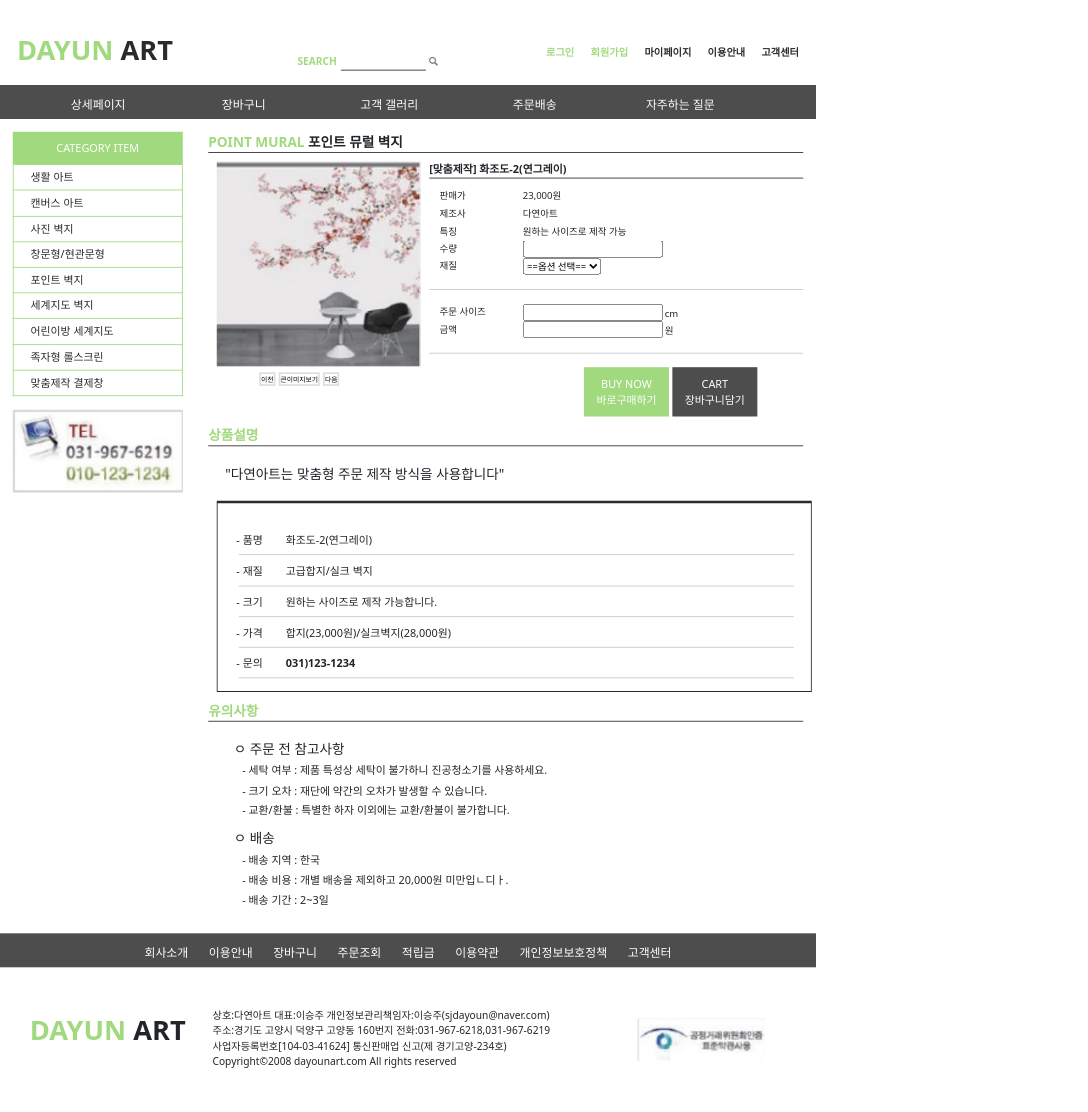
Repository: yeonddu/green_js
Page: pro01/public/bootstrap/product.html
The author's editor kept a copy of each file at every save. The page is drawn from the files as they stood at one save, then again after the next save.
The browser window is 1280 px wide. The pictures show the whole page, at 85% of full size.

Above is the page before, as saved 2022-12-27 07:55:25.

### pro01/public/bootstrap/product.html
<!DOCTYPE html>
<html lang="ko">
<head>
<meta charset="utf-8">
<meta name="viewport" content="width=device-width, initial-scale=1">
<link rel="stylesheet" href="dayun.css">
<link rel="stylesheet" href="product.css">
<link href="https://cdn.jsdelivr.net/npm/bootstrap@5.2.3/dist/css/bootstrap.min.css" rel="stylesheet">

<title>Insert title here</title>

</head>
<body>
 <header>
	 <div id="top">
	 	 	<div class="logo"><a href="#"><span class="brand">DAYUN</span> ART</a></div>
			<div id="search">
				<div id="search-title">SEARCH</div>
				<input id="search-input" type="search">
				<a href="#"><img src="images/glass.png"></a>
			</div>
			<div id="top-menu">
				<ul>
					<li><a class="brand" href="#">로그인</a></li>
					<li><a class="brand" href="#">회원가입</a></li>
					<li><a href="#">마이페이지</a></li>
					<li><a href="#">이용안내</a></li>
					<li><a href="#">고객센터</a></li>
				</ul>
			</div>
		 </div>
	 <div id="main-menu">
	 	<ul>
	 		<li><a href="#">상세페이지</a></li>
	 		<li><a href="#">장바구니</a></li>
	 		<li><a href="#">고객 갤러리</a></li>
	 		<li><a href="#">주문배송</a></li>
	 		<li><a href="#">자주하는 질문</a></li>
	 	</ul>
	 </div>
</header>
<section>
	<div id="cont-left">
		<div id="cate">
			<div id="cate-title">CATEGORY ITEM</div>
			<ul>
			<li><a href="#">생활 아트</a></li>
			<li><a href="#">캔버스 아트</a></li>
			<li><a href="#">사진 벽지</a></li>
			<li><a href="#">창문형/현관문형</a></li>
			<li><a href="#">포인트 벽지</a></li>
			<li><a href="#">세계지도 벽지</a></li>
			<li><a href="#">어린이방 세계지도</a></li>
			<li><a href="#">족자형 롤스크린</a></li>
			<li><a href="#">맞춤제작 결제창</a></li>
			</ul>
		</div>

		<div id="tel">
			<img src="images/tel.png" alt="tel">
		</div>
	</div>
	<div id="cont-right">
		<div id="product">
			<div id="box1" >
				<div class="product-title"><span class="brand">POINT MURAL</span> 포인트 뮤럴 벽지</div>
				<div id="box1-left">
					<img src="images/product.png">
					<div id="img-btn">
						<button>이전</button>
						<button>큰이미지보기</button>
						<button>다음</button>
					</div>
				</div>
				<div id="box1-right">
					<div  class="product-title">[맞춤제작] 화조도-2(연그레이)</div>
					<table>
						<tr>
							<td>판매가</td>
							<td>23,000원</td>
						</tr>
						<tr>
							<td>제조사</td>
							<td>다연아트</td>
						</tr>
						<tr>
							<td>특징</td>
							<td>원하는 사이즈로 제작 가능</td>
						</tr>
						<tr>
							<td>수량</td>
							<td><input type="text"></td>
						</tr>
						<tr>
							<td>재질</td>
							<td><select>
								<option selected>==옵션 선택==</option>
								<option>옵션 1</option>
								<option>옵션 2</option>
								<option>옵션 3</option>
							</select></td>
						</tr>
					</table>
					<hr>
					<table>
						<tr>
							<td>주문 사이즈</td>
							<td><input type="text">cm</td>
						</tr>
						<tr>
							<td>금액</td>
							<td><input type="text">원</td>
						</tr>
					</table>
					<hr>
					<div id="box1-btn1"><a href="#">BUY NOW<br>바로구매하기</a></div>
					<div id="box1-btn2"><a href="#">CART<br>장바구니담기</a></div>

				</div>
			</div>
			<div id="box2" >
				<div class="product-title"><span class="brand">상품설명</span></div>
				<div>
					<div id="box2-title">"다연아트는 맞춤형 주문 제작 방식을 사용합니다"</div>
					<div id="box2-content">
						<p>- 품명</p>
						<p>화조도-2(연그레이)</p>
						<hr>
						<p>- 재질</p>
						<p>고급합지/실크 벽지</p>
						<hr>
						<p>- 크기</p>
						<p>원하는 사이즈로 제작 가능합니다.</p>
						<hr>
						<p>- 가격</p>
						<p>합지(23,000원)/실크벽지(28,000원)</p>
						<hr>
						<p>- 문의</p>
						<p><b>031)123-1234</b></p>
						<hr>
					</div>
<!-- 					<table>
						<tr>
							<td></td>
						</tr>
						<tr>
							<td>- 품명</td>
							<td>화조도-2(연그레이)</td>
						</tr>
						<tr>
							<td>- 재질</td>
							<td>고급합지/실크 벽지</td>
						</tr>
						<tr>
							<td>- 크기</td>
							<td>원하는 사이즈로 제작 가능합니다.</td>
						</tr>
						<tr>
							<td>- 가격</td>
							<td>합지(23,000원)/실크벽지(28,000원)</td>
						</tr>
						<tr>
							<td>- 문의</td>
							<td><b>031)123-1234</b></td>
						</tr>
						<tr>
							<td></td>
						</tr>
					</table>
 -->				</div>
			</div>
			<div id="box3" >
				<div class="product-title"><span class="brand">유의사항</span></div>
				<div id="box3-content">
					<div>ㅇ 주문 전 참고사항</div>
						<p>- 세탁 여부 : 제품 특성상 세탁이 불가하니 진공청소기를 사용하세요.</p>
						<p>- 크기 오차 : 재단에 약간의 오차가 발생할 수 있습니다.</p>
						<p>- 교환/환불 : 특별한 하자 이외에는 교환/환불이 불가합니다.</p>
					<div>ㅇ 배송</div>
						<p>- 배송 지역 : 한국</p>
						<p>- 배송 비용 : 개별 배송을 제외하고 20,000원 미만입ㄴ디ㅏ.</p>
						<p>- 배송 기간 : 2~3일</p>
				</div>
			</div>
		</div>
	</div>
		<div id="bottom-menu">
	 	<ul>
	 		<li><a href="#">회사소개</a></li>
	 		<li><a href="#">이용안내</a></li>
	 		<li><a href="#">장바구니</a></li>
	 		<li><a href="#">주문조회</a></li>
	 		<li><a href="#">적립금</a></li>
	 		<li><a href="#">이용약관</a></li>
	 		<li><a href="#">개인정보보호정책</a></li>
	 		<li><a href="#">고객센터</a></li>
	 	</ul>
	 </div>
</section>
<footer>
	<div class="logo"><span class="brand">DAYUN</span> ART</div>
	<div id="item2">상호:다연아트 대표:이승주 개인정보관리책임자:이승주(sjdayoun@naver.com)<br>
		주소:경기도 고양시 덕양구 고양동 160번지 전화:031-967-6218,031-967-6219<br>
		사업자등록번호[104-03-41624] 통신판매업 신고(제 경기고양-234호)<br>
		Copyright©2008 dayounart.com All rights reserved
	</div>
	<img src="images/certi.png" alt="공정거래위원회인증표준약관사용">
</footer>
</body>
</html>

### pro01/public/bootstrap/dayun.css
@charset "EUC-KR";

* {
	margin:0;
	padding:0;
}

body {
	background:#F0F0F0;
	width:960px;
}
.brand {
	color:#A0D97E;
}

header a {
	text-decoration:none;
	color:#2B2B2B;
}
header #top {
	height:100px;
	position:relative;
}
header .logo {
	font-size:2em;
	position:relative;
	top:35px;
	left:20px;
	font-weight:bold;
}

header #search {
	position:relative;
	top:10px;
	left:350px;
	display:block;
	float:left;
	color:#A0D97E;
}

header #search-title {
	display:inline-block;
	font-size:12px;
	font-weight:bold;
}

header #search-input {
	border:none;
	border-bottom:1px solid #2B2B2B;
	background:none;
	width:100px;
}

header #top-menu {
	position:relative;
	float:right;
	margin: 0 10px;
}
header #top-menu ul li{
	display:inline-block;
	font-size:12px;
	margin-right:5px;
	padding:5px;
	font-weight:bold;
}

header #main-menu {
	height:40px;
	background:#4D4D4D;
	justify-content:center;
}

header #main-menu ul li {
	list-style:none;
	display:inline-block;
	width:18%;
	padding:10px;
	text-align:center;

}
header #main-menu a {
	color:white;
	font-size:14px;
}

section #bottom-menu {
	position:relative;
	clear:both;
	height:40px;
	background:#4D4D4D;

}

#bottom-menu ul {
	padding:10px;
	text-align:center;
}

section #bottom-menu ul li {
	display:inline-block;
	list-style:none;

}
section #bottom-menu a {
	color:white;
	text-decoration:none;
	font-size:14px;
	padding:10px;
}

footer .logo {
	font-size:2em;
	position:relative;
	top:50px;
	left:35px;
	font-weight:bold;
}

footer #item2 {
	position:relative;
	top:0px;
	left:250px;
	font-size:12px;
}

footer img {
	position:relative;
	left:750px;
	top:-60px;
	width:150px;
}

### pro01/public/bootstrap/product.css
@charset "EUC-KR";

section #cont-left {
	float:left;
	margin:10px;
	padding:5px;
}

section #cate #cate-title {
	background:#A0D97E;
	color:white;
	width:200px;
	margin:0;
	padding:10px 5px;
}

section #cate-title {
	text-align:center;
	font-size:0.8em;
}

section #cate ul {
	padding:0;
}
section #cate li {
	border :1px solid #A0D97E;
	border-top:none;
	list-style:none;
	width:200px;
	padding:5px 5px 5px 20px;
	font-size:0.8em;
}

section #cate a {
	text-decoration:none;
	color:#2B2B2B;
}

section #tel img {
	width:200px;
}
section #cont-right {
	float:left;
	margin:10px;
	padding:5px;
}

section #product {
	width:700px;

}
section .product-title {
	font-weight:bold;
	border-bottom: 1px solid #2B2B2B;
}

#box1-left {
	float:left;
	margin:10px;
}

#box1-left img {
	width:240px;
}
#box1-left #img-btn {
	position:relative;
	left:50px;
}

#box1-left button {
	background:white;
	border:2px solid #ddd;
	font-size:0.5em;
}

#box1-right {
	float:left;
	margin:10px 0;
	width:440px;
}

#box1-right .product-title {
	font-size:0.8em;
}
#box1-right table {
	margin:10px;
	font-size:0.7em;
}

#box1-right table td:first-child {
	width:100px;
	padding:2px;
}

#box1-right table input {
	height:20px;
	margin-right:2px;
}

#box1 #box1-btn1, #box1-btn2 {
	width:100px;
	padding:10px;
	margin:0 2px;
	float:left;
	font-size:0.8em;
	position:relative;
	left:180px;
	text-align:center;

}
#box1 #box1-btn1 a , #box1-btn2 a {
	color:white;
	text-decoration:none;
}
#box1 #box1-btn1 {
	background:#A0D97E;
}
#box1 #box1-btn2 {
	background:#A0D97E;
	background:#4D4D4D;
}

#box2 {
	clear:both;
}

#box2 #box2-title {
	margin:20px;
}

#box2 #box2-content {
	border:1px solid #2B2B2B;
	border-top:3px solid #2B2B2B;
	margin:10px;
	width:700px;
	padding:30px 15px 10px 20px;

}

#box2 #box2-content p {
	display:inline-block;
	margin:2px;
	font-size:0.8em;
}
#box2 #box2-content p:nth-child(3n+1) {
	width:50px;
}

#box2 #box2-content hr {
	margin:5px;
}

/* #box2 table {
	border:1px solid #2B2B2B;
	border-top:2px solid #2B2B2B;
	margin:5px;
	width:700px;
}

#box2 table td:first-child {
	width:100px;
	padding:10px;
	font-weight:bold;
}
 */
#box3 #box3-content {
	margin:20px;

}

#box3 #box3-content div {
	margin:10px;
}

#box3 #box3-content p {
	text-indent:20px;
	line-height:0.6;
	font-size:0.8em;
}

section #bottom-menu {
	position:relative;
	clear:both;
	height:40px;
	background:#4D4D4D;

}

After the next save:
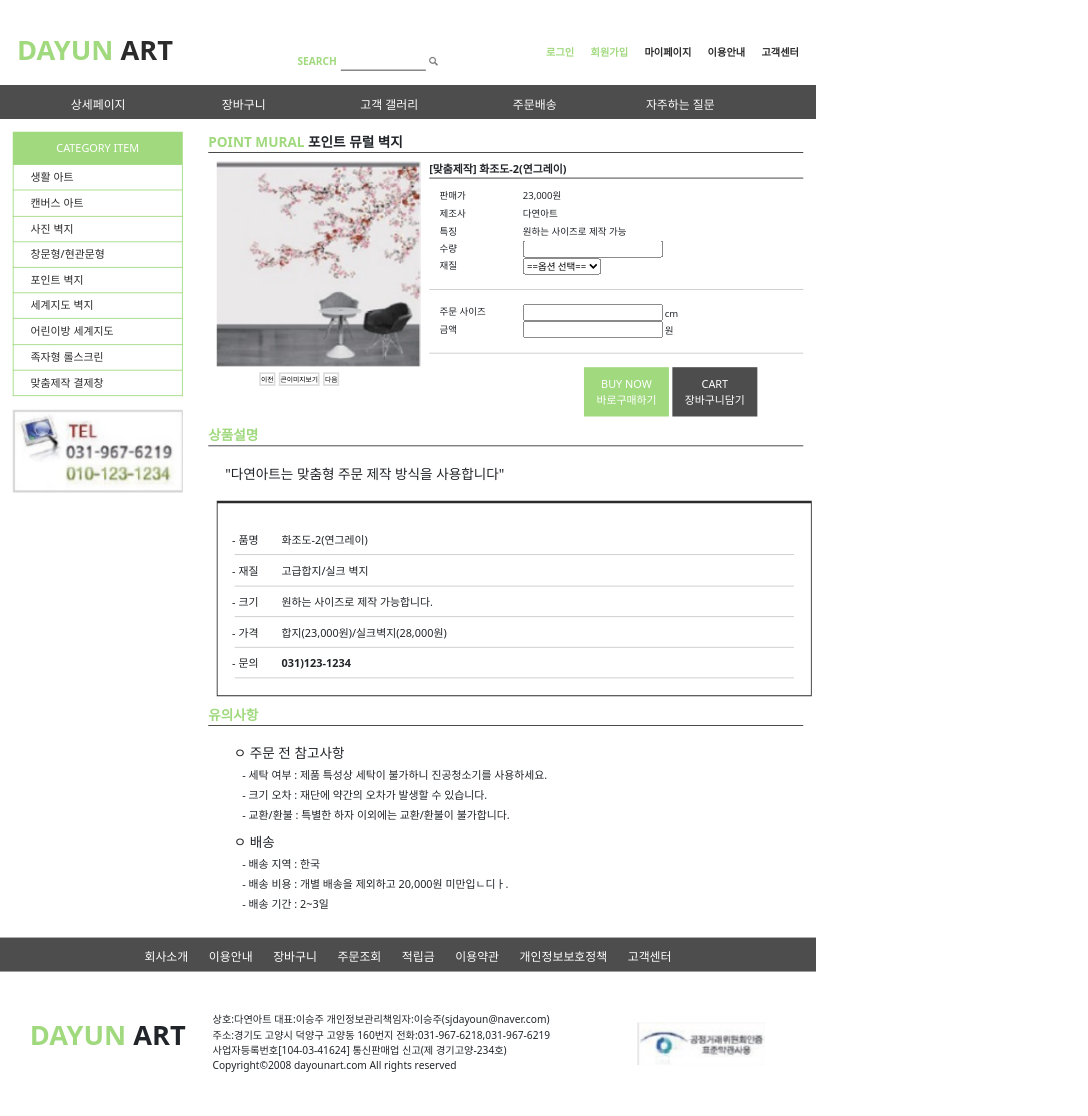
Saved 5 s later.
--- a/pro01/public/bootstrap/product.css
+++ b/pro01/public/bootstrap/product.css
@@ -133,7 +133,7 @@ section .product-title {
 	border-top:3px solid #2B2B2B;
 	margin:10px;
 	width:700px;
-	padding:30px 15px 10px 20px;
+	padding:30px 15px 15px 15px;
 
 }
 
